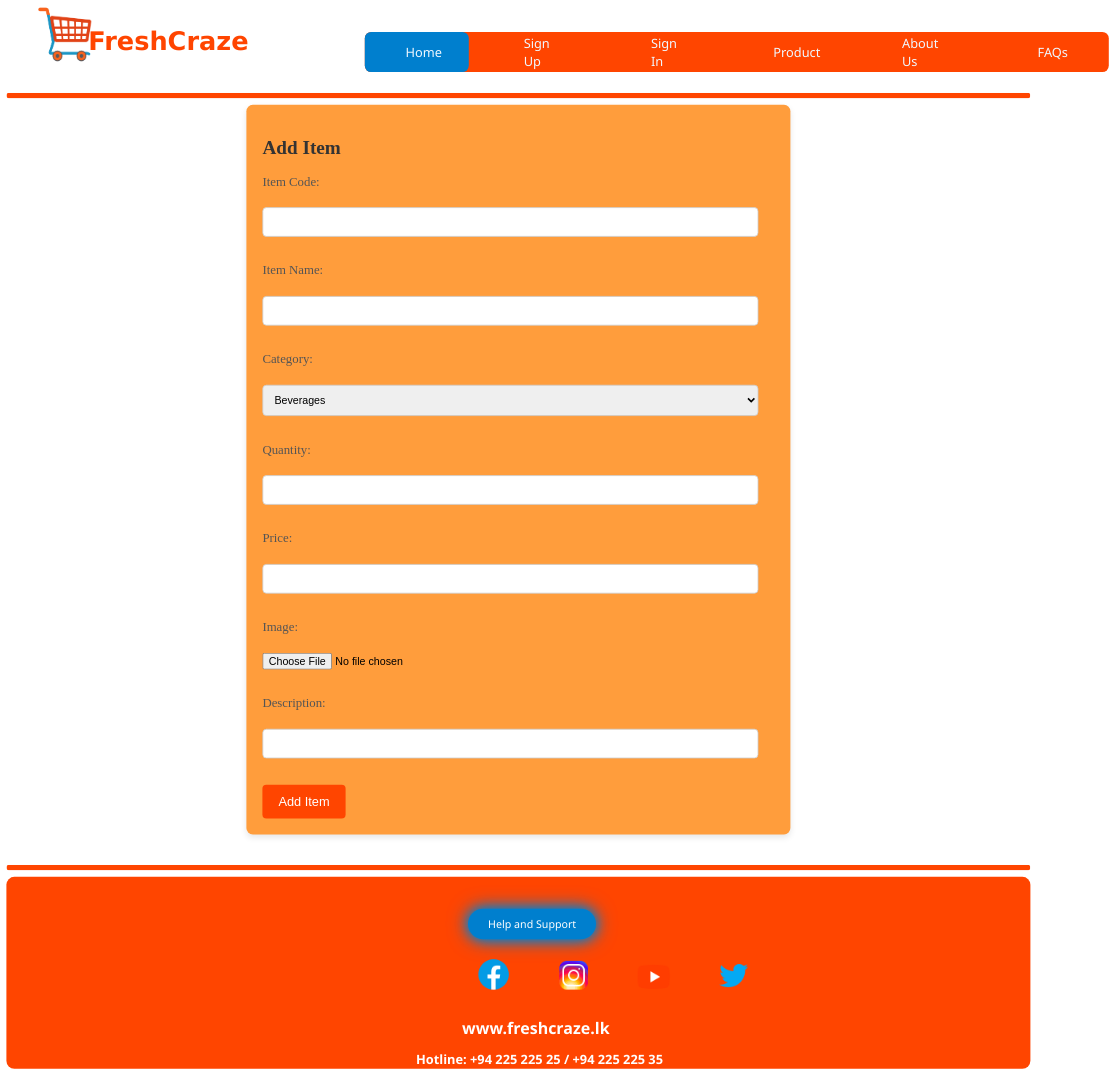
Repository: shanika2002/FreshCraze
Page: http://localhost/itemDem/updateItem.jsp
These files come from the project's save history. The page is drawn as it stood at one moment and after the next save; the edit follows.
The browser window is 1280 px wide. The page is 1386 px wide, so the pictures cover 1386 px, including what lies to the right of the window. The pictures show the whole page, at 80% of full size.
The page is served by Tomcat 9. Other server files are loaded and not shown.

Above is the page before, as saved 2024-05-11 06:58:12.

### itemDem/src/main/webapp/updateItem.jsp
<%@ page language="java" contentType="text/html; charset=ISO-8859-1"
    pageEncoding="ISO-8859-1"%>
<!DOCTYPE html>
<html>
<head>
<link rel = "stylesheet" href = "css/updateItem.css">
<meta charset="ISO-8859-1">
<title>Insert title here</title>
</head>
<body>

<img src="images\logo.png" class="logo" >

    <h1 class="logo_topic">FreshCraze</h1>

    <nav class="navbar">
        <a href="Home.jsp">Home</a>
        <a href="register.jsp">Sign Up</a>
        <a href="mainLogin.jsp">Sign In</a>
        <a href="addItem.jsp">Product</a>
        <a href="link">About Us</a>
        <a href="link">FAQs</a>
        <span></span>
    </nav>

<hr class="topic_line">


<div class="container">
<h2>Add Item</h2>
    <form action="updateItem" method="post" >
        <label for="item_code">Item Code:</label><br>
        <input type="text" id="item_code" name="itemCode" required value="${param.itemCode}"><br><br>

        <label for="item_name">Item Name:</label><br>
        <input type="text" id="item_name" name="itemName" required value="${param.itemName}"><br><br>

        <label for="category">Category:</label><br>
        <select id="category" name="category" required value="${param.category}">
            <option value="Beverages">Beverages</option>
            <option value="Choco & Snacks">Choco & Snacks</option>
            <option value="Food-Staples">Food-Staples</option>
            <option value="Laundry & Household">Laundry & Household</option>

        </select><br><br>

        <label for="quantity">Quantity:</label><br>
        <input type="number" id="quantity" name="quantity" min="0" required value="${param.quantity}"><br><br>

        <label for="price">Price:</label><br>
        <input type="text" id="price" name="price" required value="${param.price}"><br><br>

        <label for="image">Image:</label><br>
        <input type="file" id="image" name="image" value="${param.image}"><br><br>

        <label for="description">Description:</label><br>
        <input type="text" name="description"  required value="${param.description }"><br><br>

        <input type="submit" value="Add Item">
    </form>
</div>

<hr class="footer_line">

<div class="footer">
    <a href="link" target="_blank">
    <button type="button" class="help_button">Help and Support</button>
    </a>

    <div class="fb_icon">
        <a href="https://www.facebook.com/" target="_blank"><img src="images/facebook.png"></a>
    </div>

    <div class="insta_icon">
        <a href="https://www.instagram.com/" target="_blank"><img src="images/insta.png"></a>
    </div>

    <div class="twitt_icon">
        <a href="https://www.twitter.com/" target="_blank"><img src="images/Twitter.png"></a>
    </div>

    <div class="yt_icon">
        <a href="https://www.youtube.com/" target="_blank"><img src="images/yt.png"></a>
    </div>
</div>

<div class="contacts">
    <h1 class="link">www.freshcraze.lk</h1>
    <h1>Hotline: +94 225 225 25 / +94 225 225 35</h1>
</div>


</body>
</html>

### itemDem/src/main/webapp/css/updateItem.css
@charset "ISO-8859-1";

body{
    background-color: #ffffff;
    background-repeat: no-repeat;
    background-attachment: fixed;
    background-position: center;
    width: 100%;
}

.logo{
    width: 70px;
    height: 70px;
    margin-left: 3%;
}

.logo_topic{
    font-family: verdana;
    margin-left: 8%;
    margin-top: -3.9%;
    color: orangered;
}

.navbar{
    margin-left:35%;
    margin-top:-4%;
    padding: 0;
    box-sizing: border-box;
    font-family: 'Segoe UI';
    display: flex;
    justify-content:center;
    align-items: center;
    min-height: 5vh;

    position:relative;
    background-color: orangered;
    border-radius: 8px;
    width: 930px;
    height: 50px;
    display: flex;
}

nav a{
    position: relative;
    display: inline-block;
    font-size: 1em;
    font-weight: 500;
    color: aliceblue;
    text-decoration: none;
    padding: 51px;
    z-index: 1;
}

nav span{
    position: absolute;
    top: 0;
    left: 0;
    width: 130px;
    height: 100%;
    background-color:rgb(0, 127, 206);
    border-radius: 8px;
    transition: .3s;
}

nav a:nth-child(1):hover~span{
    left: 0;
    width: 400;
}

nav a:nth-child(2):hover~span{
    left: 170px;
    width: 110px;
}

nav a:nth-child(3):hover~span{
    left:300px;
    width: 110px;
}

nav a:nth-child(4):hover~span{
    left: 450px;
    width: 150px;
}

nav a:nth-child(5):hover~span{
    left: 650px;
    width: 110px;
}

nav a:nth-child(6):hover~span{
    left: 805px;
    width: 125px;
}



.topic_line{
    border: none;
    margin-top: 2%;
    border-top: 7px solid orangered;
    border-radius: 10px;
}

.help_button{
    box-shadow:0 0 15px rgb(0, 127, 206),0 0 25px rgb(0, 127, 206);
    border: none;
    width: 160px;
    margin-left: 44%;
    font-family: 'Segoe UI';
    padding: 10px 12px;
    color: #ffffff;
    background-color:rgb(0, 127, 206);
    border-radius: 20px;
}

.help_button:hover{
    box-shadow: 0 0 25px rgb(0, 127, 206);
}

.fb_icon{
    margin-left: 560px;
    margin-top: 20px;
}

.insta_icon{
    margin-left: 660px;
    margin-top: -51px;
}

.yt_icon{
    margin-left: 760px;
    margin-top: -51px;
}

.twitt_icon{
    margin-left: 860px;
    margin-top: -51px;
}

.container {
    width: 50%;
    margin: 0 auto;
    padding: 20px;
    border-radius: 8px;
    background-color: #ff9d3c;
    box-shadow: 0 4px 8px rgba(0, 0, 0, 0.1);
}

h2 {
    margin-bottom: 20px;
    color: #333;
}

form {
    width: 100%;
}

label {
    display: block;
    margin-bottom: 5px;
    color: #555;
}

input[type="text"],
input[type="number"],
select,
textarea {
    width: calc(100% - 20px);
    padding: 10px;
    margin-bottom: 15px;
    border: 1px solid #ccc;
    border-radius: 5px;
    box-sizing: border-box;
}

input[type="file"] {
    margin-bottom: 15px;
}

input[type="submit"] {
    background-color:orangered;
    color: #fff;
    padding: 12px 20px;
    border: none;
    border-radius: 5px;
    cursor: pointer;
    font-size: 16px;
}

input[type="submit"]:hover {
    background-color: #0056b3;
}


select option:checked {
    font-weight: bold;
    color: #007bff;
}


.footer{
    height: 200px;
    background-color: orangered;
    padding-top: 40px;
    padding-left: 25px;
    border-radius: 10px;
}

.footer_line{
    border: none;
    margin-top: 3%;
    border-top: 7px solid orangered;
    border-radius: 10px;
}

.contacts{
    font-size: 8px;
    color:rgb(255, 255, 255);
    font-family: 'Segoe UI';
    margin-left: 40%;
    margin-top: -5%;
}

.link{
    font-size: 20px ;
    margin-top: -6%;
    margin-left: 7.5%;
}

After the next save:
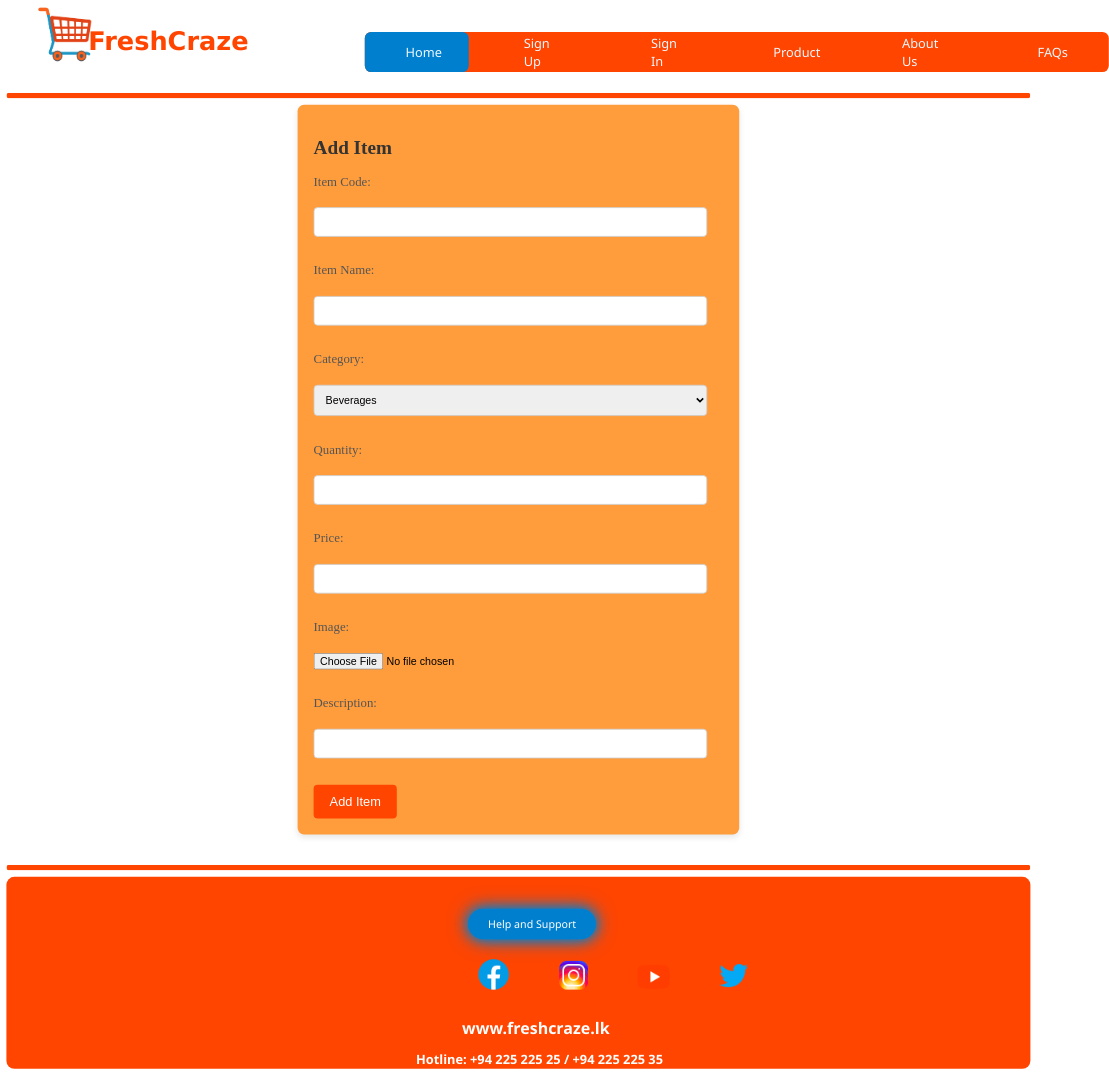
Saved 52 s later.
--- a/itemDem/src/main/webapp/css/updateItem.css
+++ b/itemDem/src/main/webapp/css/updateItem.css
@@ -138,7 +138,7 @@ nav a:nth-child(6):hover~span{
 }
 
 .container {
-    width: 50%;
+    width: 40%;
     margin: 0 auto;
     padding: 20px;
     border-radius: 8px;
